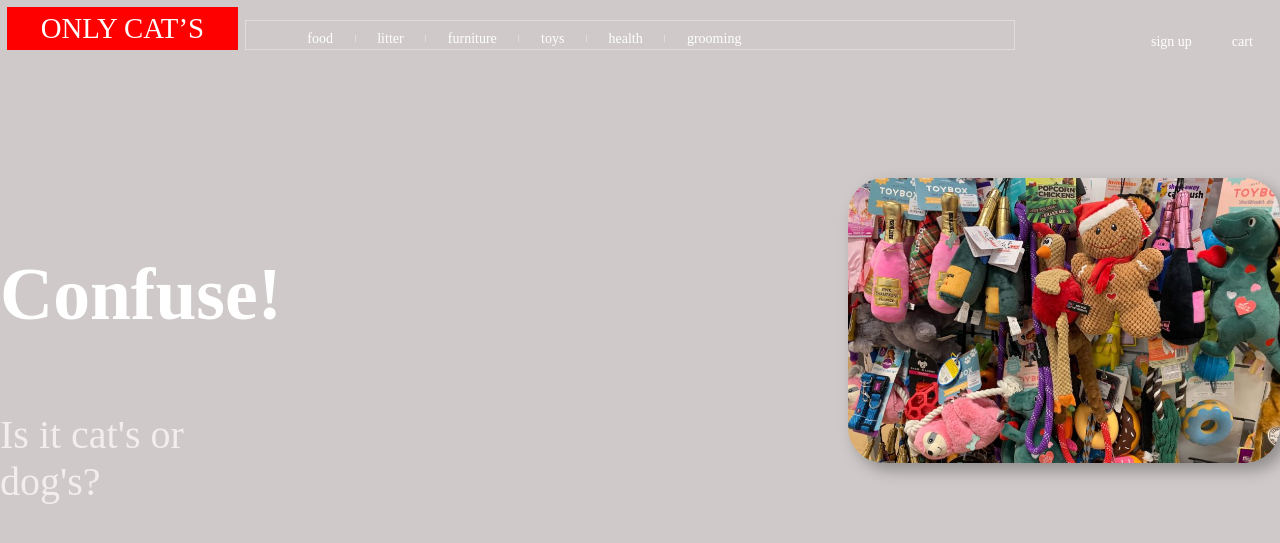
Repository: itson1115/chan_git
Page: cat/index2.html
The author's editor kept a copy of each file at every save. The page is drawn from the files as they stood at one save, then again after a run of saves.
The browser window is 1280 px wide. The pictures show the whole page.

Above is the page before, as saved 2021-09-02 04:32:30.

### cat/index2.html
<!DOCTYPE html>
<html lang="ko">
<head>
  <meta charset="UTF-8">
  <meta http-equiv="X-UA-Compatible" content="IE=edge">
  <meta name="viewport" content="width=device-width, initial-scale=1.0">
  <title>Document</title>
  <link rel="stylesheet" href="css/style2.css">
</head>
<body>
  <header>
    <div class="logo">ONLY CAT’S</div>
    <div class="navi">
      <nav>
        <ul>
          <li>food</li>
          <li>litter</li>
          <li>furniture</li>
          <li>toys</li>
          <li>health</li>
          <li>grooming</li>
        </ul>
      </nav>
    </div>
    <div class="my">
      <span>sign up</span><span>cart</span>
    </div>
  </header>
  <section class="container">
    <article class="confuse">
      <div class="article-body">
        <h1>Confuse!</h1>
        <p>Is it cat's or<br/>dog's?</p>
      </div>
      <div class="article-image">
        <img src="images/toys.jpg"/>
      </div>
    </article>
  </section>
</body>
</html>

### cat/css/style2.css
@import url("https://fonts.googleapis.com/css?family=Roboto:700");

:root {
  --title-text-show-delay: 0.5s;
  --title-text-show-duration: 0.5s;
  --title-rect-show-duration: 0.3s;
  --title-cats-show-duration: 0.4s;
  --title-rect-hide-delay: 2s;
}

body {
  margin: 0;
  padding: 0;
  background: #cfc9c9;
  color: white;
  font-size: 14px;
}

header {
  position: relative;
  height: 7vmin;
}

h1 {
  font-size: 4.6rem;
}

header .logo {
  margin: 1vmin 1vmin;
  float: left;
  width: 18vmax;
  height: 6vmin;
  background: red;
  text-align: center;
  font-size: 1.8rem;
  line-height: 6vmin;
}

header .navi {
  position: absolute;
  bottom: 0;
  border: 1px solid #dedede;
  display: inline-block;
  width: 60vmax;
  height: 4vmin;
  float: left;
}

header nav {
  text-align: center;
  line-height: 1vmin;
}

header nav ul {
  list-style-type: none;
  /* padding-left: 0; */
}

header nav li {
  float: left;
  padding: 0 3vmin;
  border-right: 1px solid #dedede;
}

header nav li:nth-last-child(1) {
  border-right: none;
}

header nav li:hover {
  color: #000;
  cursor: grab;
}

header::after {
  display: block;
  content: "";
  clear: both;
}

header .my {
  position: absolute;
  right: 1vmin;
  bottom: 0;
  display: inline-block;
}

header .my span {
  padding: 0 20px;
}

section.container {
  position: relative;
  margin-top: 10vmax;
  background: grey;
}

.article-body > p {
  font-size: 2.5rem;
  color: #f3eded;
}

.article-image > img {
  position: absolute;
  right: 0;
  width: 60vmin;
  margin-left: 5vmin;
  border-radius: 5vmin;
  filter: drop-shadow(1vmin 1vmin 1vmin rgba(0, 0, 0, 0.3));
}

.article-body {
  float: left;
}

After the next 2 saves:
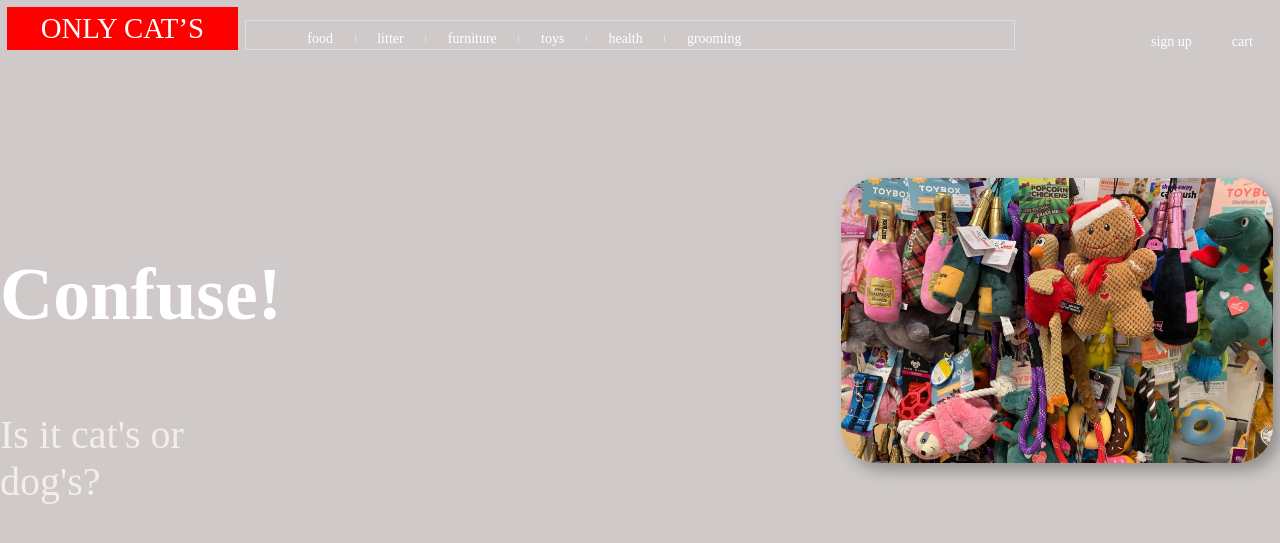
The 2 saves are shown as one change because they came seconds apart.
The last was saved 6 s later.
--- a/cat/css/style2.css
+++ b/cat/css/style2.css
@@ -101,7 +101,7 @@
 
 .article-image > img {
   position: absolute;
-  right: 0;
+  right: 1vmin;
   width: 60vmin;
   margin-left: 5vmin;
   border-radius: 5vmin;
